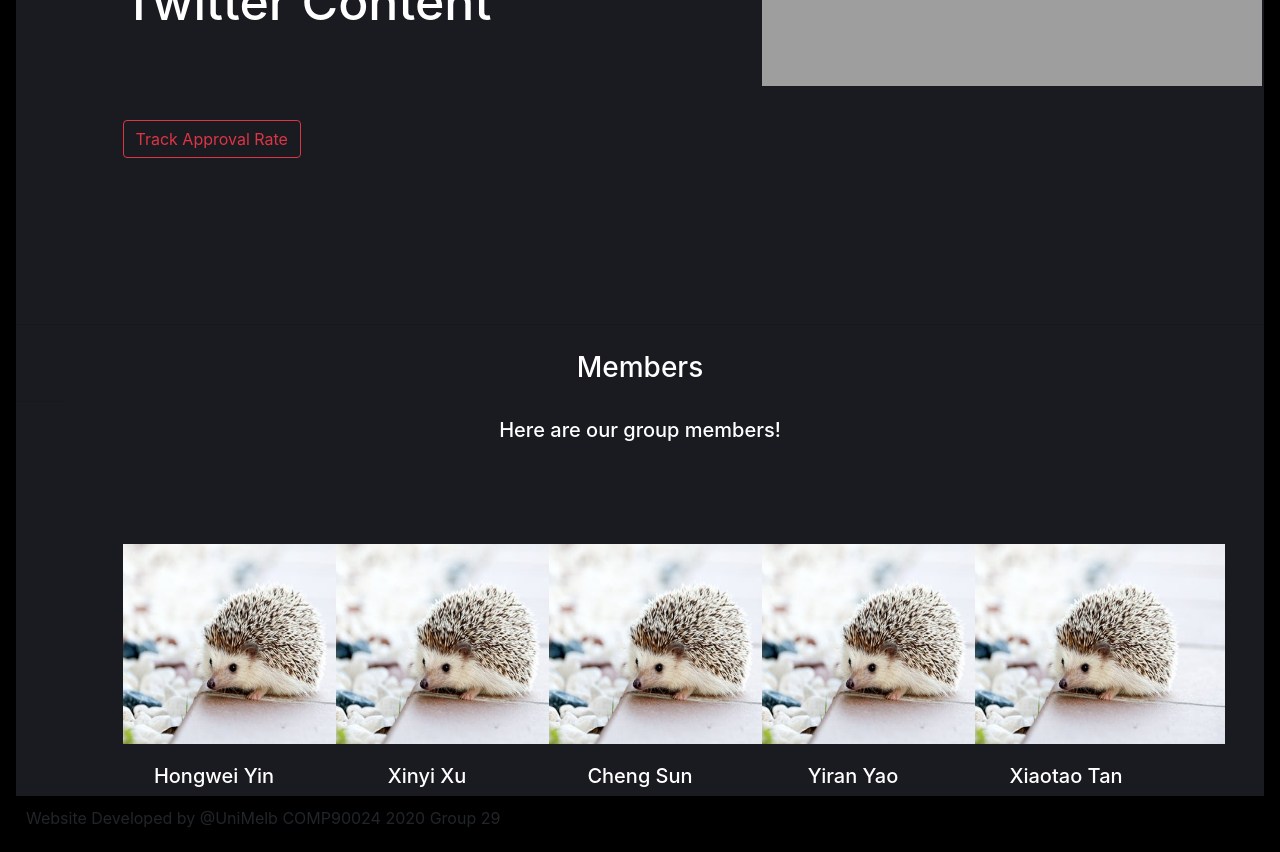
Repository: gusyi/COMP90024_Team29
Page: frontend/templates/frontend/home.html
The author's editor kept a copy of each file at every save. The page is drawn from the files as they stood at one save, then again after the next save.
The browser window is 1280 px wide. The pictures show the part of the page from y = 593 to 1545 px (the page is 1445 px tall before and 1545 px after).
Pictures or frames that could not be fetched are drawn as grey boxes. Some web libraries are served in a nearby version. The template is drawn by Django 3.2. The application's start-up code is not run. Other server files are loaded and not shown. The template is opened directly, without the code that normally fills it, so the values that code supplies are empty.

Above is the page before, as saved 2020-05-25 23:40:31.

### backend/frontend/templates/frontend/home.html
{% extends "base_generic.html" %}

{% block main%}

    <div style="background-color:rgb(25, 27, 33);">


    <div style="height: 30px"></div>

    <div class="row">
        <div class="col-sm-1"></div>
        <div class="col-sm-6">
           <div style="height: 70px"></div>
            <h1 style="font-size:100px;color:white;" > Scott Morrison</h1>
            <svg height="30" width="1000">
                <line x1="0" y1="30" x2="400" y2="30" style="stroke:rgb(255,255,255);stroke-width:20" />
            </svg>
            <div style="height: 20px"></div>
            <h1 style="font-size:50px;color:white;" > A Sentiment Analysis on</h1>
            <h1 style="font-size:50px;color:white;" > Twitter Content</h1>

            <div style="height: 80px"></div>
            <a href="/map/"><button type="button" class="btn btn-outline-danger">Track Approval Rate</button></a>


        </div>
        <div class="col-sm-5">
            <div style="height: 50px"></div>
            {% load static %}
            <img src="{% static 'frontend/images/test2.svg' %}" width="500" height="500"/>


        </div>

    </div>
    <div style="height: 150px"></div>
    <hr>

    <div style="height: 10px"></div>
    <h3  style="text-align: center;color:white;"> Members</h3>
    <hr style="width:50px;text-align:center;color:white;margin-left:0">
    <h5  style="text-align: center;color:white;"> Here are our group members!</h5>
    <br>
    <div style="height: 20px"></div>
    <div class="row">
        <div class="col-sm-1"></div>
        <div class="col-sm-2">

            <div style="height: 50px"></div>
            {% load static %}
            <img src="{% static 'frontend/images/pic1.jpeg' %}" width="250" height="200"/>
            <div style="height: 20px"></div>

            <h5 style="text-align: center;color:white;">Hongwei Yin</h5>


        </div>

        <div class="col-sm-2">
            <div style="height: 50px"></div>
            {% load static %}
            <img src="{% static 'frontend/images/pic1.jpeg' %}" width="250" height="200"/>
            <div style="height: 20px"></div>

            <h5 style="text-align: center;color:white;">Xinyi Xu</h5>


        </div>

        <div class="col-sm-2">
            <div style="height: 50px"></div>
            {% load static %}
            <img src="{% static 'frontend/images/pic1.jpeg' %}" width="250" height="200"/>
            <div style="height: 20px"></div>

            <h5 style="text-align: center;color:white;">Cheng Sun</h5>


        </div>

        <div class="col-sm-2">
            <div style="height: 50px"></div>
            {% load static %}
            <img src="{% static 'frontend/images/pic1.jpeg' %}" width="250" height="200"/>
            <div style="height: 20px"></div>

            <h5 style="text-align: center;color:white;">Yiran Yao</h5>


        </div>

        <div class="col-sm-2">
            <div style="height: 50px"></div>
            {% load static %}
            <img src="{% static 'frontend/images/pic1.jpeg' %}" width="250" height="200"/>
            <div style="height: 20px"></div>

            <h5 style="text-align: center;color:white;">Xiaotao Tan</h5>


        </div>

    </div>



    <div>

    </div>
    </div>



{% endblock %}

### backend/frontend/templates/base_generic.html
<!doctype html>
<html lang="en">
  <head>
    <meta charset="utf-8">
    <meta name="viewport" content="width=device-width, initial-scale=1, shrink-to-fit=no">
    <meta name="description" content="">
    <meta name="author" content="Mark Otto, Jacob Thornton, and Bootstrap contributors">
    <meta name="generator" content="Jekyll v3.8.6">
    {% block title %}<title>Morrison Index</title>{% endblock %}


    <link rel="canonical" href="https://getbootstrap.com/docs/4.4/examples/cover/">

  {% load static %}
  <link rel="stylesheet" href="{% static 'frontend/bootstrap.min.css' %}">
  <script src="https://kit.fontawesome.com/e01ef97213.js" crossorigin="anonymous"></script>

    <!-- Favicons -->
<link rel="apple-touch-icon" href="/docs/4.4/assets/img/favicons/apple-touch-icon.png" sizes="180x180">
<link rel="icon" href="/docs/4.4/assets/img/favicons/favicon-32x32.png" sizes="32x32" type="image/png">
<link rel="icon" href="/docs/4.4/assets/img/favicons/favicon-16x16.png" sizes="16x16" type="image/png">
<link rel="manifest" href="/docs/4.4/assets/img/favicons/manifest.json">
<link rel="mask-icon" href="/docs/4.4/assets/img/favicons/safari-pinned-tab.svg" color="#563d7c">
<link rel="icon" href="/docs/4.4/assets/img/favicons/favicon.ico">
<meta name="msapplication-config" content="/docs/4.4/assets/img/favicons/browserconfig.xml">
<meta name="theme-color" content="#563d7c">

    <style>
        #footer {

            padding: 10px 10px 0px 10px;
            bottom: 0;
            width: 100%;
            /* Height of the footer*/
            height: 40px;
            background: dark;
        }
        .bd-placeholder-img {
          font-size: 1.125rem;
          text-anchor: middle;
          -webkit-user-select: none;
          -moz-user-select: none;
          -ms-user-select: none;
          user-select: none;
        }

        @media (min-width: 768px) {
          .bd-placeholder-img-lg {
            font-size: 3.5rem;
          }
        }
    </style>

  </head>
  <header class="masthead mb-auto">
    <div class="inner">

        <nav class="navbar navbar-expand-lg navbar-dark bg-black">

            {% load static %}
            <img src="{% static 'frontend/images/website_logo_90_675.svg' %}" width="90" height="67"/>
            <a class="navbar-brand" href="/">Morrison Index</a>
            <button class="navbar-toggler" type="button" data-toggle="collapse" data-target="#navbarColor02" aria-controls="navbarColor02" aria-expanded="false" aria-label="Toggle navigation">
                <span class="navbar-toggler-icon"></span>
            </button>


            <div class="collapse navbar-collapse" id="navbarColor02">
                <ul class="navbar-nav mr-auto">
                <li class="nav-item active">
                    <a class="nav-link" href="/">Home <span class="sr-only">(current)</span></a>
                </li>
                <li class="nav-item">
                    <a class="nav-link" href="/map/">Map and Statistics</a>
                </li>
                </ul>

            </div>
        </nav>
    </div>
  </header>
  <body style="background-color:black;">

  {% load static %}
  <script src="{% static "frontend/main.js" %}"></script>
    <div class="cover-container d-flex w-100 h-100 p-3 mx-auto flex-column">


  <main role="main" class="inner cover">
  {% block main%}
  {% endblock%}

  </main>

  <div id="footer" >
    <div class="inner">
      <p>Website Developed by @UniMelb COMP90024 2020 Group 29</p>
    </div>
  </div>
</div>
</body>
<script src="https://code.jquery.com/jquery-3.4.1.slim.min.js" integrity="sha384-J6qa4849blE2+poT4WnyKhv5vZF5SrPo0iEjwBvKU7imGFAV0wwj1yYfoRSJoZ+n" crossorigin="anonymous"></script>
<script src="https://cdn.jsdelivr.net/npm/popper.js@1.16.0/dist/umd/popper.min.js" integrity="sha384-Q6E9RHvbIyZFJoft+2mJbHaEWldlvI9IOYy5n3zV9zzTtmI3UksdQRVvoxMfooAo" crossorigin="anonymous"></script>
<script src="https://stackpath.bootstrapcdn.com/bootstrap/4.4.1/js/bootstrap.min.js" integrity="sha384-wfSDF2E50Y2D1uUdj0O3uMBJnjuUD4Ih7YwaYd1iqfktj0Uod8GCExl3Og8ifwB6" crossorigin="anonymous"></script>

</html>

Loaded but not shown: backend/frontend/static/frontend/bootstrap.min.css (library); backend/frontend/static/frontend/main.js (library); backend/frontend/static/frontend/images/website_logo_90_675.svg (549 lines, source omitted)

After the next save:
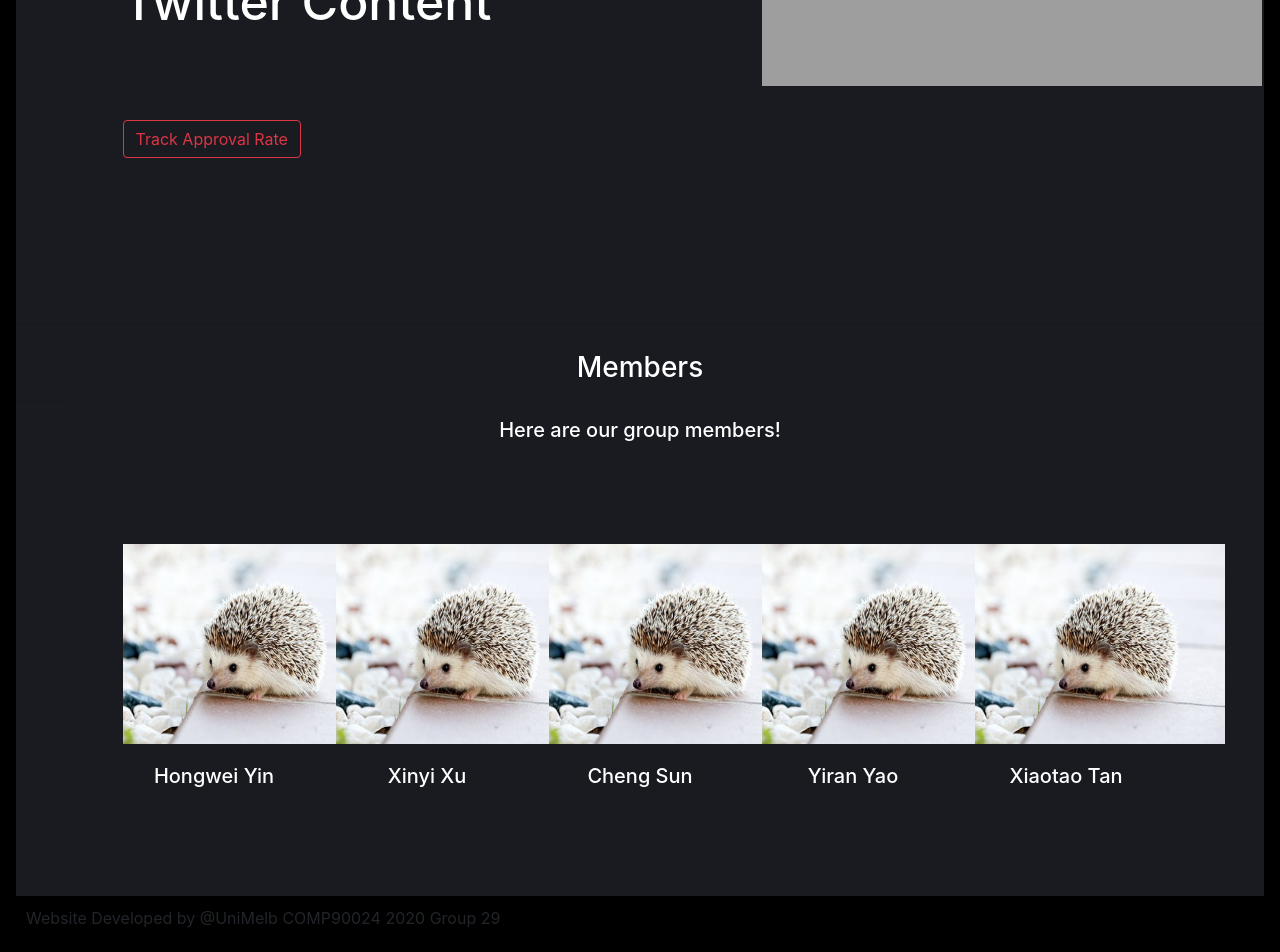
Saved 46 s later.
--- a/backend/frontend/templates/frontend/home.html
+++ b/backend/frontend/templates/frontend/home.html
@@ -101,6 +101,7 @@
         </div>
 
     </div>
+    <div style="height: 100px"></div>
 
 
 
